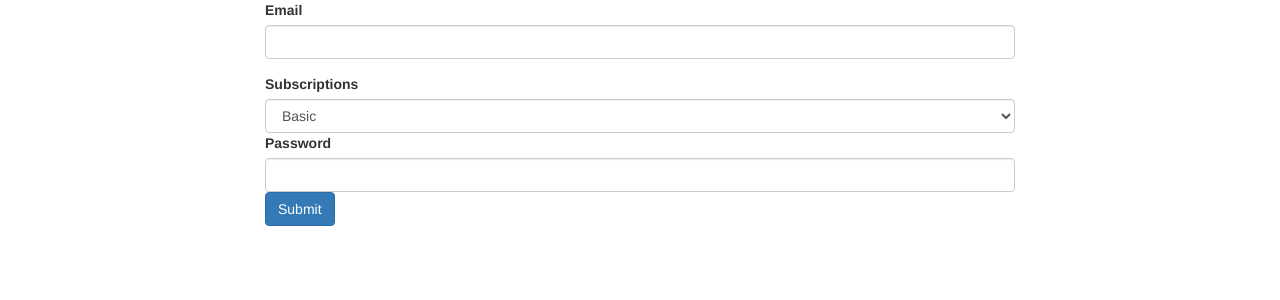
Repository: NikitasX/AngularCourse
Page: / (app in td-forms-assignment/)
These files come from the project's save history. The page is drawn as it stood at one moment and after a run of saves; the edit follows.
The browser window is 1280 px wide. The pictures show the whole page.
The project was rebuilt for these pictures with package versions that can differ from the ones it lists, and the page was loaded fresh each time. Also part of the build but not shown: td-forms-assignment/angular.json.

Above is the page before, as saved 2020-09-25 16:36:21.

After the next 5 saves:
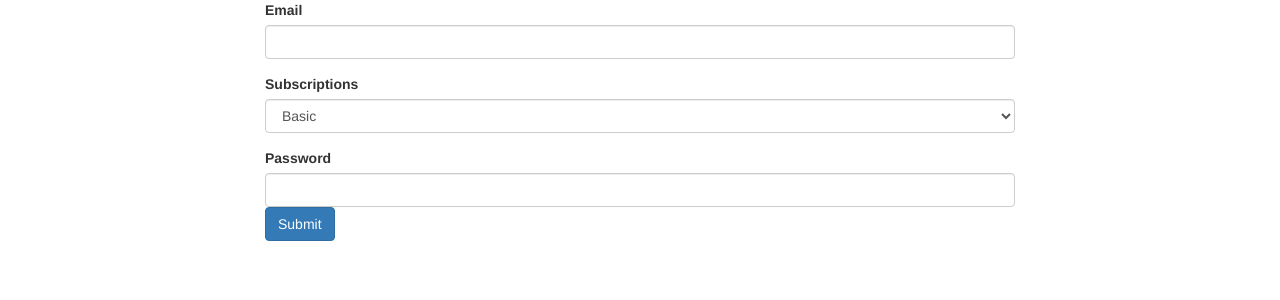
The 5 saves are shown as one change because they came seconds apart.
The last was saved 17 s later.
--- a/td-forms-assignment/src/app/app.component.html
+++ b/td-forms-assignment/src/app/app.component.html
@@ -12,6 +12,7 @@
             email>
           </div>
 
+          <div class="form-group">
             <label for="subscriptions">Subscriptions</label>
             <select
             class="form-control"
@@ -20,6 +21,7 @@
               <option value="advanced">Advanced</option>
               <option value="pro">Pro</option>
             </select>
+          </div>
 
             <label for="password">Password</label>
             <input
